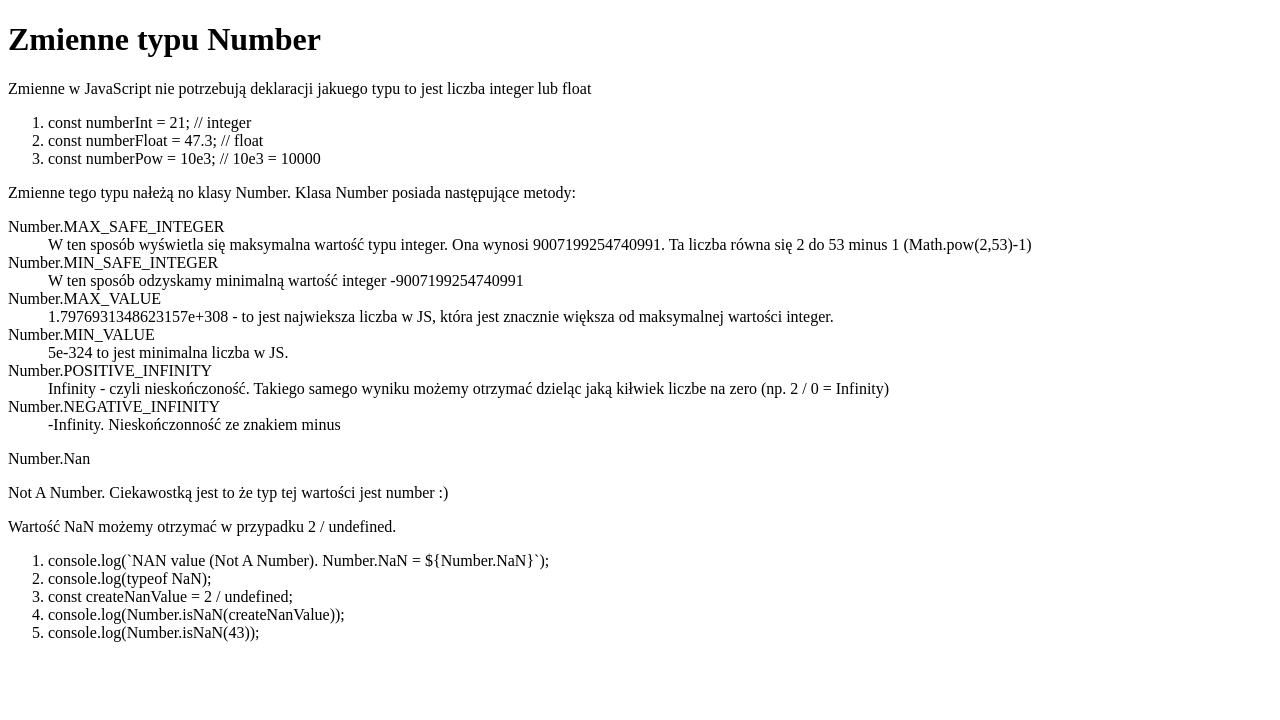
Repository: romanstetsiuk1/JS_learn
Page: number.html
The author's editor kept a copy of each file at every save. The page is drawn from the files as they stood at one save, then again after the next save.
The browser window is 1280 px wide. The pictures show the whole page.

Above is the page before, as saved 2020-08-13 15:43:21.

After the next save:
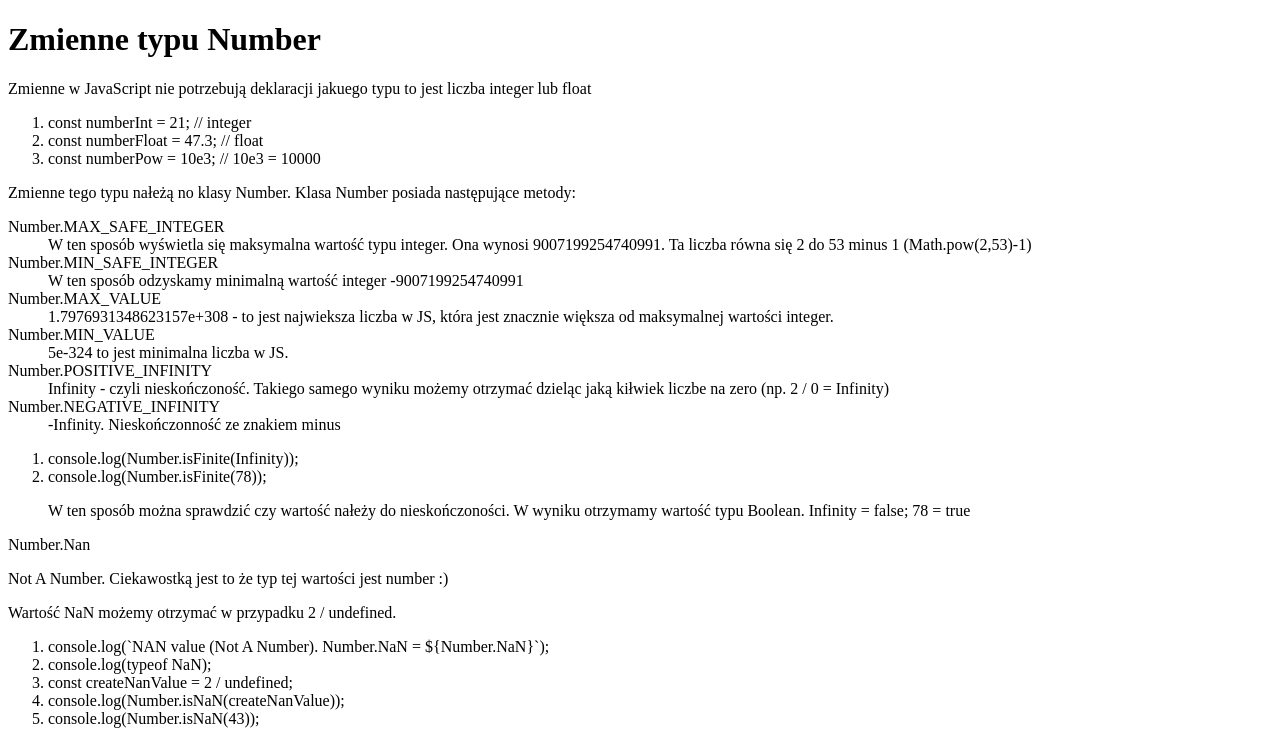
Saved 4 min 31 s later.
--- a/number.html
+++ b/number.html
@@ -48,6 +48,17 @@
 
         <dt>Number.NEGATIVE_INFINITY</dt>
         <dd>-Infinity. Nieskończonność ze znakiem minus</dd>
+
+        <dt><div class="vsCode">
+          <ol>
+            <li>console.log(Number.isFinite(Infinity));</li>
+            <li>console.log(Number.isFinite(78));</li>
+          </ol>
+        </div></dt>
+        <dd>W ten sposób można sprawdzić czy wartość nałeży do nieskończoności. W
+          wyniku otrzymamy wartość typu Boolean. Infinity = false; 78 = true
+        </dd>
+
       </dl>
     </article>
 
